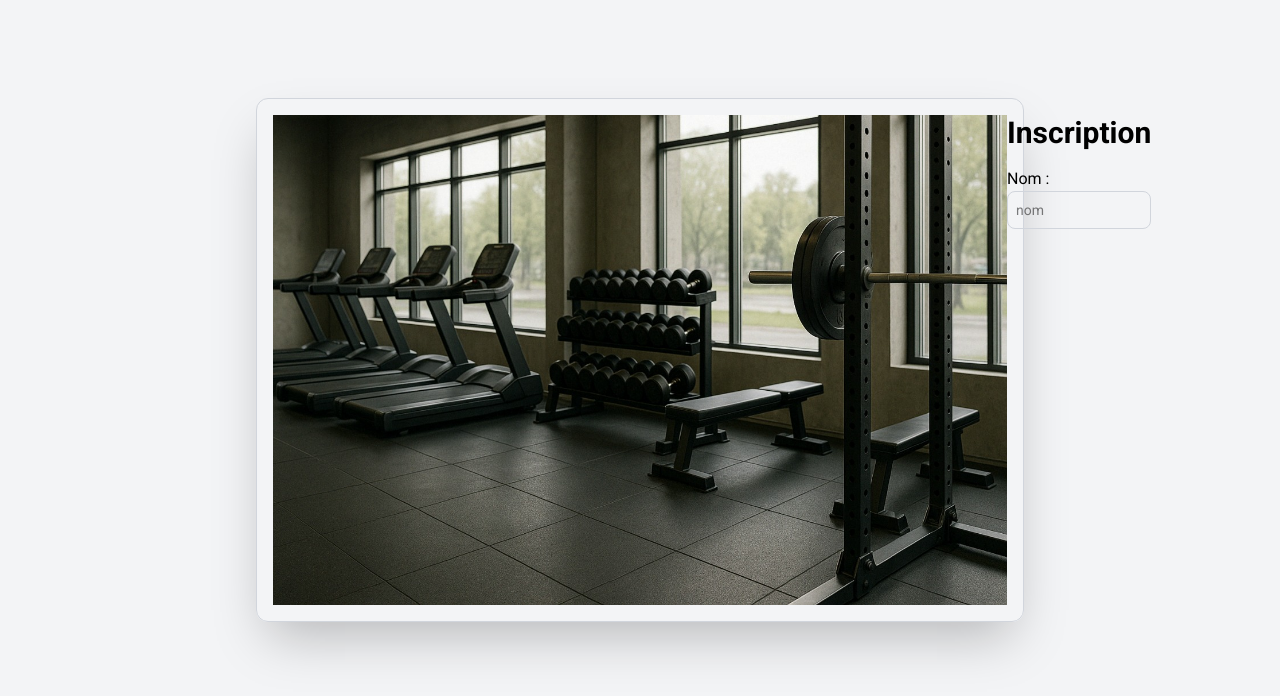
Repository: fahchouchsm/clubSportifWeb
Page: src/pages/inscription.html
These files come from the project's save history. The page is drawn as it stood at one moment and after the next save; the edit follows.
The browser window is 1280 px wide. The pictures show the whole page.

Above is the page before, as saved 2025-04-16 18:16:15.

After the next save:
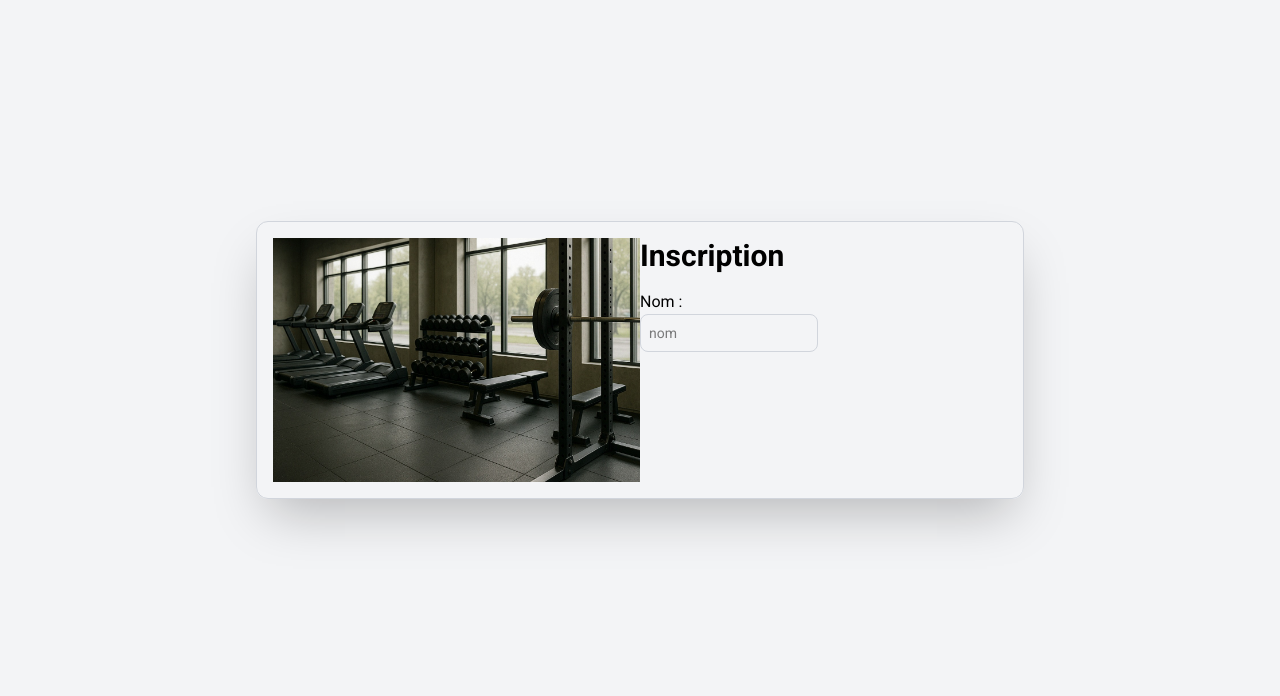
Saved 7 s later.
--- a/src/pages/inscription.html
+++ b/src/pages/inscription.html
@@ -14,7 +14,7 @@
       >
         <img
           src="../../public/imgs/salleInterieur.jpeg"
-          class="object-cover"
+          class="w-1/2 object-cover"
           alt=""
         />
         <form action="" method="post" class="flex w-full flex-col gap-4">
